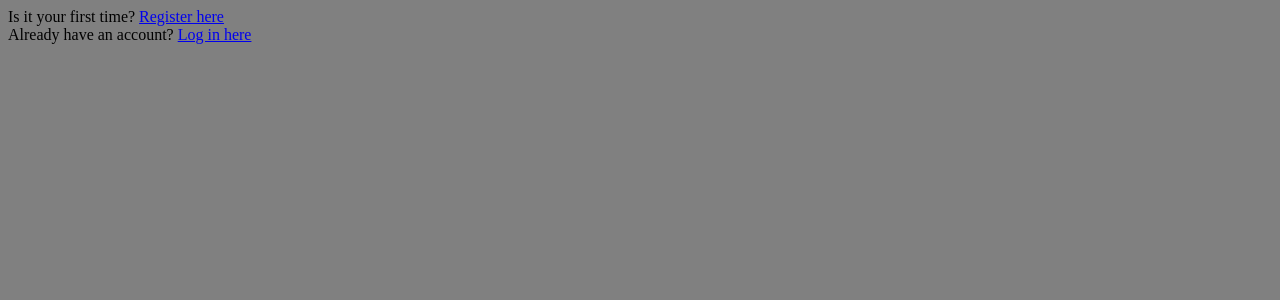
Repository: avchen0/Avensys
Page: Java/FirstProgram/src/main/webapp/hello.html
An editor plug-in stored every save of this project. The page is shown before and after the next save, followed by the edit.
The browser window is 1280 px wide. The pictures show the whole page.

Above is the page before, as saved 2021-08-06 04:05:23.

After the next save:
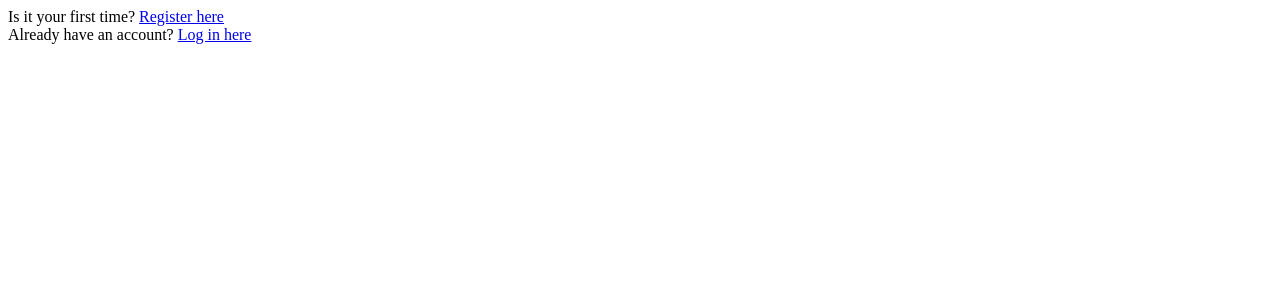
Saved 14 s later.
--- a/Java/FirstProgram/src/main/webapp/hello.html
+++ b/Java/FirstProgram/src/main/webapp/hello.html
@@ -10,7 +10,7 @@
   background-size: cover;
 }</style>
 </head>
-<body style="background-color:grey">
+<body>
 <!--
 <p>Servlet test</p>
 form action="Intro">
